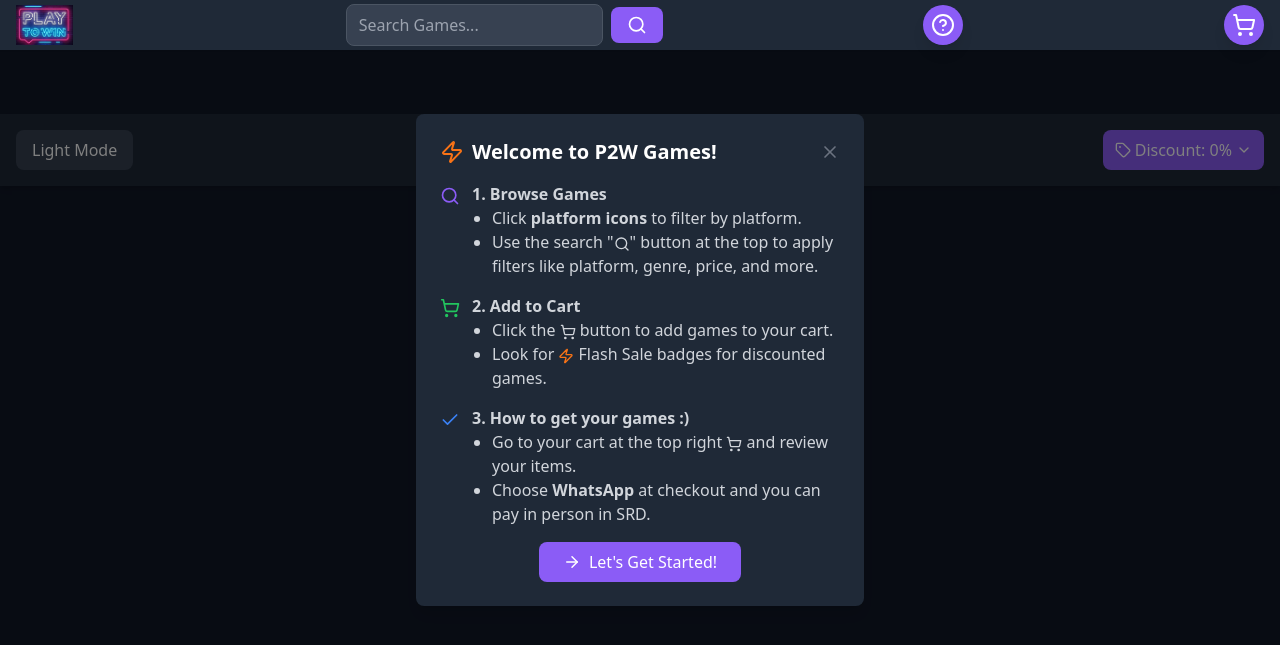
Repository: Play2Win777/P2W-Superbase
Page: /
The author's editor kept a copy of each file at every save. The page is drawn from the files as they stood at one save, then again after the next save.
The browser window is 1280 px wide. The pictures show the whole page.
The page's requests for data from a server got no answer. The project was rebuilt for these pictures with package versions that can differ from the ones it lists, and the page was loaded fresh each time. No one was signed in, and anything a server would have sent is missing. Also part of the build but not shown: vite.config.ts, src/components/Filters.tsx, src/components/GameCard.tsx, src/components/FlashSaleBadge.tsx, src/pages/GameDetails.tsx, src/pages/Checkout.tsx, src/pages/FlashSalePage.tsx, src/components/Toast.tsx.

Above is the page before, as saved 2025-03-18 06:04:58.

### index.html
<!doctype html>
<html lang="en">
  <head>
    <meta charset="UTF-8" />
    <link rel="icon" type="image/svg+xml" href="/vite.svg" />
    <meta name="viewport" content="width=device-width, initial-scale=1.0" />
    <title>P2W Games</title>
  </head>
  <body>
    <div id="root"></div>
    <script type="module" src="/src/main.tsx"></script>
  </body>
</html>

### src/main.tsx
import { StrictMode } from 'react';
import { createRoot } from 'react-dom/client';
import App from './App.tsx';
import './index.css';

// Add Storylane script dynamically
//const script = document.createElement('script');
//script.src = 'https://js.storylane.io/js/v2/storylane.js';
//script.async = true;
//document.head.appendChild(script);

createRoot(document.getElementById('root')!).render(
  <StrictMode>
    <App />
  </StrictMode>
);

### src/App.tsx
// App.tsx (Updated Tooltip Positioning)
import React, { useEffect, useState } from 'react';
import { BrowserRouter as Router, Routes, Route, useNavigate, useLocation } from 'react-router-dom';
import { Search, Zap, X, ShoppingCart, Filter, ArrowRight, Check, HelpCircle } from 'lucide-react'; // Added HelpCircle icon
import { fetchGames } from './api';
import { useStore } from './store';
import { Filters } from './components/Filters';
import { GameCard } from './components/GameCard';
import { Cart } from './components/Cart';
import { GameDetails } from './pages/GameDetails';
import { Checkout } from './pages/Checkout';
import { FlashSalePage } from './pages/FlashSalePage';
import { DiscountPopup } from './components/DiscountPopup';
import { ThemeContext } from './context/ThemeContext';
import { Toast } from './components/Toast';

// IntroModal Component
const IntroModal = ({ isOpen, onClose }) => {
  if (!isOpen) return null;

  return (
    <div className="fixed inset-0 bg-black/50 flex items-center justify-center p-4 z-50">
      <div className="bg-white dark:bg-gray-800 p-6 rounded-lg max-w-md shadow-lg">
        {/* Modal Header */}
        <div className="flex justify-between items-center mb-4">
          <h2 className="text-xl font-bold dark:text-white flex items-center gap-2">
            <Zap size={24} className="text-orange-500" />
            Welcome to P2W Games!
          </h2>
          <button
            onClick={onClose}
            className="text-gray-500 hover:text-gray-700 dark:hover:text-gray-300"
          >
            <X size={20} />
          </button>
        </div>

        {/* Modal Body */}
        <div className="text-gray-700 dark:text-gray-300 space-y-4">
          {/* Step 1: Browse Games */}
          <div className="flex items-start gap-3">
            <Search size={20} className="flex-shrink-0 mt-1 text-purple-500" />
            <div>
              <p className="font-semibold">1. Browse Games</p>
              <ul className="list-disc pl-5">
                <li>Click <strong>platform icons</strong> to filter by platform.</li>
                <li>Use the search "<Search size={16} className="inline" />" button at the top to apply filters like platform, genre, price, and more.</li>
              </ul>
            </div>
          </div>

          {/* Step 2: Add to Cart */}
          <div className="flex items-start gap-3">
            <ShoppingCart size={20} className="flex-shrink-0 mt-1 text-green-500" />
            <div>
              <p className="font-semibold">2. Add to Cart</p>
              <ul className="list-disc pl-5">
                <li>Click the <ShoppingCart size={16} className="inline" /> button to add games to your cart.</li>
                <li>Look for <Zap size={16} className="inline text-orange-500" /> Flash Sale badges for discounted games.</li>
              </ul>
            </div>
          </div>

          {/* Step 3: Checkout */}
          <div className="flex items-start gap-3">
            <Check size={20} className="flex-shrink-0 mt-1 text-blue-500" />
            <div>
              <p className="font-semibold">3. How to get your games :)</p>
              <ul className="list-disc pl-5">
                <li>Go to your cart at the top right <ShoppingCart size={16} className="inline" /> and review your items.</li>
                <li>Choose <strong>WhatsApp</strong> at checkout and you can pay in person in SRD.</li>
              </ul>
            </div>
          </div>

          {/* Call to Action */}
          <div className="mt-4 flex justify-center">
            <button
              onClick={onClose}
              className="bg-purple-500 text-white px-6 py-2 rounded-lg hover:bg-purple-600 transition-colors flex items-center gap-2"
            >
              <ArrowRight size={18} />
              Let's Get Started!
            </button>
          </div>
        </div>
      </div>
    </div>
  );
};

// SEARCH BAR COMPONENT
const SearchBar = () => {
  const {
    games,
    searchGames,
    setFilteredGames,
    setCurrentPage
  } = useStore();
  const [searchTerm, setSearchTerm] = useState('');
  const navigate = useNavigate();
  const location = useLocation();

  const handleSearch = (e) => {
    const term = e.target.value;
    setSearchTerm(term);

    if (searchGames) {
      searchGames(term);
    } else {
      if (!term.trim()) {
        setFilteredGames(games);
      } else {
        const results = games.filter(game =>
          game.Game_Title.toLowerCase().includes(term.toLowerCase())
        );
        setFilteredGames(results);
      }
    }

    // Reset to first page when searching
    setCurrentPage(1);

    // If user is not on the home page and they've typed at least 2 characters, navigate to home
    if (location.pathname !== '/' && term.length >= 2) {
      navigate('/');
    }
  };

  return (
    <input
      type="text"
      placeholder="Search Games..."
      value={searchTerm}
      onChange={handleSearch}
      className="w-full px-3 py-2 border rounded-lg text-gray-900 dark:bg-gray-700 dark:text-white dark:border-gray-600"
    />
  );
};

// FOOTER COMPONENT
const Footer = ({ toggleDarkMode, darkMode }) => {
  return (
    <footer className="bg-white dark:bg-gray-800 shadow-md mt-8 py-4 overflow-visible">
      <div className="container mx-auto px-4 flex items-center justify-between">
        {/* Dark Mode Toggle on the left */}
        <button
          onClick={toggleDarkMode}
          className="bg-gray-200 dark:bg-gray-700 text-gray-900 dark:text-white px-4 py-2 rounded-lg whitespace-nowrap"
        >
          {darkMode ? (
            <span>Light Mode</span>
          ) : (
            <span>Dark Mode</span>
          )}
        </button>

        {/* Add DiscountPopup button to the footer */}
        <div className="ml-4">
          <DiscountPopup />
        </div>
      </div>
    </footer>
  );
};

function App() {
  const {
    games,
    filteredGames,
    currentPage,
    setGames,
    setFilteredGames,
    setCurrentPage,
    showFilters,
    setShowFilters,
    filters,
    toastMessage,
    toastDiscountInfo,
  } = useStore();

  const [darkMode, setDarkMode] = useState(true);
  const [isScrolling, setIsScrolling] = useState(false);
  const [showIntroModal, setShowIntroModal] = useState(false);

  // Show intro modal on first visit
  useEffect(() => {
    const hasSeenIntro = localStorage.getItem('hasSeenIntro');
    if (!hasSeenIntro) {
      setShowIntroModal(true);
      localStorage.setItem('hasSeenIntro', 'true');
    }
  }, []);

  useEffect(() => {
    const loadGames = async () => {
      const fetchedGames = await fetchGames();
      const randomizedGames = [...fetchedGames].sort(() => Math.random() - 0.5);
      setGames(randomizedGames);
      setFilteredGames(randomizedGames);
    };

    loadGames();
  }, [setGames, setFilteredGames]);

  useEffect(() => {
    if (darkMode) {
      document.documentElement.classList.add('dark');
    } else {
      document.documentElement.classList.remove('dark');
    }
  }, [darkMode]);

  const toggleDarkMode = () => {
    setDarkMode((prev) => !prev);
  };

  const toggleFilters = () => {
    setShowFilters(!showFilters);
    if (!showFilters) {
      setIsScrolling(false);
      window.scrollTo({ top: 0, behavior: 'smooth' });
      setTimeout(() => {
        setIsScrolling(true);
      }, 1000);
    }
  };

  const gamesPerPage = 12;
  const paginatedGames = filteredGames.slice(0, currentPage * gamesPerPage);
  const hasMore = paginatedGames.length < filteredGames.length;

  const themeValue = {
    darkMode,
    toggleDarkMode: () => setDarkMode(prev => !prev)
  };

  return (
    <ThemeContext.Provider value={themeValue}>
      <Router>
        <div className={`min-h-screen ${darkMode ? 'bg-gray-900' : 'bg-gray-50'}`}>
          {/* Intro Modal */}
          <IntroModal
            isOpen={showIntroModal}
            onClose={() => setShowIntroModal(false)}
          />

          {/* Toast */}
          {toastMessage && (
            <Toast
              message={toastMessage}
              discountInfo={toastDiscountInfo || undefined}
            />
          )}

          <header className="bg-white dark:bg-gray-800 shadow-sm sticky top-0 z-50">
            <div className="container mx-auto px-4 py-1">
              <div className="flex justify-between items-center">
                <div className="flex items-center gap-2">
                  <h1
                    onClick={() => window.location.href = '/'}
                    className="text-2xl font-bold text-gray-900 dark:text-white whitespace-nowrap cursor-pointer flex items-center"
                  >
                    <img src="/assets/icons/p2wlogo.png" alt="Play 2 Win" className="h-10 mr-3" />
                  </h1>
                </div>

                <div className="flex items-center w-1/2 md:w-auto">
                  <div className="mr-2 flex-grow">
                    <SearchBar />
                  </div>
                  <button
                    onClick={toggleFilters}
                    className="bg-purple-500 hover:bg-purple-600 text-white font-bold py-2 px-4 rounded-lg flex items-center"
                  >
                    <Search className="h-5 w-5" />
                  </button>
                </div>

                <button
                  onClick={() => setShowIntroModal(true)}
                  className="p-2 bg-purple-500 text-white rounded-full hover:bg-purple-600 transition-colors shadow-lg relative group"
                >
                  <HelpCircle size={24} />
                  <div className="absolute top-full left-1/2 transform -translate-x-1/2 mt-2 px-2 py-1 bg-gray-800 text-white text-sm rounded opacity-0 group-hover:opacity-100 transition-opacity whitespace-nowrap z-50">
                    How it works
                  </div>
                </button>

                <Cart className="hidden md:block" />
              </div>
            </div>
          </header>

          <Routes>
            <Route
              path="/"
              element={
                <main className="container mx-auto px-4 py-4">
                  {showFilters && (
                    <div className="mb-6">
                      <Filters />
                    </div>
                  )}

                  <div className="grid grid-cols-1 sm:grid-cols-2 lg:grid-cols-2 xl:grid-cols-3 gap-6 mt-0">
                    {paginatedGames.map((game) => (
                      <GameCard key={game.id} game={game} />
                    ))}
                  </div>
                  {hasMore && (
                    <div className="mt-8 text-center">
                      <button
                        onClick={() => setCurrentPage(currentPage + 1)}
                        className="bg-purple-500 text-white px-6 py-2 rounded-lg hover:bg-purple-600 transition-colors"
                      >
                        Load More Games
                      </button>
                    </div>
                  )}
                </main>
              }
            />
            <Route path="/game/:id" element={<GameDetails />} />
            <Route path="/checkout" element={<Checkout />} />
            <Route path="/flash-sale" element={<FlashSalePage />} />
          </Routes>

          <Footer toggleDarkMode={themeValue.toggleDarkMode} darkMode={darkMode} />
        </div>
      </Router>
    </ThemeContext.Provider>
  );
}

export default App;

### src/index.css
@tailwind base;
@tailwind components;
@tailwind utilities;


@layer components {
 /* Base neon border effect with a rotating conic-gradient */
 .neon-border {
 position: relative;
 border-radius: 0.5rem; /* adjust to match your element's rounding */
 overflow: hidden; /* hide overflowing pseudo-element */
 z-index: 0;
 }

 .neon-border::before {
 content: "";
 position: absolute;
 inset: 0; /* cover the entire element */
 border-radius: inherit;
 padding: 2px; /* controls the border thickness */
 /* Conic-gradient creates a neon green effect with transparent gaps */
 background: conic-gradient(from 0deg, #39FF14, transparent 20%, transparent 80%, #39FF14);
 /* Mask to show the gradient only on the border (uses the padding area) */
 -webkit-mask: linear-gradient(white, white) content-box, linear-gradient(white, white);
 -webkit-mask-composite: destination-out;
 mask-composite: exclude;
 pointer-events: none;
 z-index: -1;
 transform-origin: center;
 animation: spin 6s linear infinite;
 }

 /* Additional neon effects – add these classes together with .neon-border as needed */

 /* Neon Pulse: gently scales and fades the element */
 .neon-pulse {
 position: relative;
 animation: pulse 2s ease-in-out infinite;
 }

 /* Neon Flicker: simulates a quick flicker */
 .neon-flicker {
 position: relative;
 animation: flicker 1.5s linear infinite;
 }

 /* Neon Wiggle: adds a slight rotational movement */
 .neon-wiggle {
 position: relative;
 animation: wiggle 0.6s ease-in-out infinite;
 }

 /* Neon Dash: animates background movement (can be combined with a background property) */
 .neon-dash {
 position: relative;
 /* For this effect, you might want to set a background that works with the animation */
 background: repeating-linear-gradient(
 45deg,
 #39FF14,
 #39FF14 10px,
 transparent 10px,
 transparent 20px
 );
 animation: dash 4s linear infinite;
 }


 /* Icon Container Style */
 .gamecard-icon-container {
 width: 5em; /* Adjust as needed */
 height: 2em; /* Adjust as needed */
 display: flex;
 align-items: center;
 justify-content: center;
 }
}


/* Keyframes Definitions */


/* Spin keyframe for the neon-border effect */
@keyframes spin {
 from {
 transform: rotate(0deg);
 }
 to {
 transform: rotate(360deg);
 }
}


/* Pulse keyframe: subtle scale and opacity changes */
@keyframes pulse {
 0%,
 20% {
 transform: scale(1);
 opacity: 1;
 }
 50% {
 transform: scale(1.1);
 opacity: 0.8;
 }
 100% {
 transform: scale(1);
 opacity: 1;
 }
}


/* Flicker keyframe: creates random opacity changes for a flickering effect */
@keyframes flicker {
 0%,
 100% {
 opacity: 1;
 }
 30% {
 opacity: 0.5;
 }
 50% {
 opacity: 0.8;
 }
 70% {
 opacity: 0.3;
 }
}


/* Wiggle keyframe: rotates the element slightly back and forth */
@keyframes wiggle {
 0% {
 transform: rotate(0deg);
 }
 25% {
 transform: rotate(5deg);
 }
 75% {
 transform: rotate(-5deg);
 }
 100% {
 transform: rotate(0deg);
 }
}


/* Dash keyframe: moves the background for a dynamic dashed look */
@keyframes dash {
 0% {
 background-position: 0 0;
 }
 100% {
 background-position: 100% 0;
 }
}

### src/api.ts
import { createClient } from '@supabase/supabase-js';
import { Game } from './types';

const supabase = createClient(
  import.meta.env.VITE_SUPABASE_URL,
  import.meta.env.VITE_SUPABASE_KEY
);

export const fetchGames = async (): Promise<Game[]> => {
  const { data, error } = await supabase
    .from('Games')
    .select(`
      id,
      Game_Title,
      Platform,
      Genre,
      Sub_Genre,
      Age_Rating,
      Max_Offline_Players,
      Game_Modes,
      Developer,
      Release_Year,
      Price_to_Sell_For,
      Metacritic_Score,
      User_Score,
      Short_Description,
      Key_Features,
      Unique_Selling_Point,
      image_url_medium,
      Youtube_link
    `);

  if (error) {
    console.error('Supabase error:', error);
    return [];
  }

  return data as Game[];
};

### src/components/DiscountPopup.tsx
import React, { useState, useRef, useEffect } from 'react';
import { Tag, ChevronDown } from 'lucide-react';
import { useStore } from '../store';

export const DiscountPopup: React.FC = () => {
  const { cart } = useStore();
  const [isOpen, setIsOpen] = useState(false);
  const popupRef = useRef<HTMLDivElement>(null);

  // Count total items including quantities
  const itemCount = cart.reduce((total, item) => total + item.quantity, 0);
  let discountTier = "0%";
  let nextTier = "";
  let progress = 0;

  if (itemCount >= 5) {
    discountTier = "20%";
    progress = 100;
    nextTier = "Maximum discount achieved!";
  } else if (itemCount >= 3) {
    discountTier = "10%";
    nextTier = "Buy 2 more for 20% off!";
    progress = 60;
  } else if (itemCount >= 2) {
    discountTier = "5%";
    nextTier = "Buy 1 more for 10% off!";
    progress = 40;
  } else if (itemCount >= 1) {
    discountTier = "0%";
    nextTier = "Buy 1 more for 5% off!";
    progress = 20;
  } else {
    nextTier = "Buy your first game!";
  }

  // Close the popup when clicking outside
  useEffect(() => {
    const handleClickOutside = (event: MouseEvent) => {
      if (popupRef.current && !popupRef.current.contains(event.target as Node)) {
        setIsOpen(false);
      }
    };

    document.addEventListener('mousedown', handleClickOutside);
    return () => {
      document.removeEventListener('mousedown', handleClickOutside);
    };
  }, []);

  return (
    <div className="relative" ref={popupRef}>
      <button
        onClick={() => setIsOpen(!isOpen)}
        className="inline-flex items-center text-white bg-purple-500 hover:bg-purple-600 px-3 py-2 rounded-lg transition-colors"
      >
        <Tag size={16} className="mr-1" />
        <span className="mr-1">Discount: {discountTier}</span>
        <ChevronDown size={16} className={`transition-transform ${isOpen ? 'rotate-180' : ''}`} />
      </button>

      {isOpen && (
        <div className="absolute bottom-full right-0 mb-2 z-50 bg-white dark:bg-gray-800 rounded-lg shadow-lg p-4 w-64">
          <h3 className="text-lg font-bold text-gray-900 dark:text-white mb-2">Volume Discount</h3>
          <div className="w-full bg-gray-200 dark:bg-gray-700 rounded-full h-2.5 mb-2">
            <div className="bg-purple-500 h-2.5 rounded-full" style={{ width: `${progress}%` }}></div>
          </div>
          <p className="text-sm text-gray-700 dark:text-gray-300">{nextTier}</p>
          <div className="mt-3 text-xs text-gray-600 dark:text-gray-400">
            <p>• 2 games: 5% off</p>
            <p>• 3 games: 10% off</p>
            <p>• 5+ games: 20% off</p>
          </div>
        </div>
      )}
    </div>
  );
};

### src/context/ThemeContext.tsx

 // src/context/ThemeContext.tsx
 import { createContext, useContext } from 'react';


 type ThemeContextType = {
  darkMode: boolean;
  toggleDarkMode: () => void;
 };


 export const ThemeContext = createContext<ThemeContextType>({
  darkMode: false,
  toggleDarkMode: () => {},
 });


 export const useTheme = () => useContext(ThemeContext);

### src/utils/gameHelpers.ts
// utils/gameHelpers.ts
export const isFlashSaleEligible = (game: any): boolean => {
  if (!game) return false;

  // Games with Metacritic score > 85 are eligible for flash sale
  // You can customize this logic based on your requirements
  return game.Metacritic_Score && parseInt(game.Metacritic_Score) < 70;
};

Loaded but not shown: tailwind.config.js (25 lines, source omitted); src/components/Cart.tsx (247 lines, source omitted); src/store.ts (234 lines, source omitted)

After the next save:
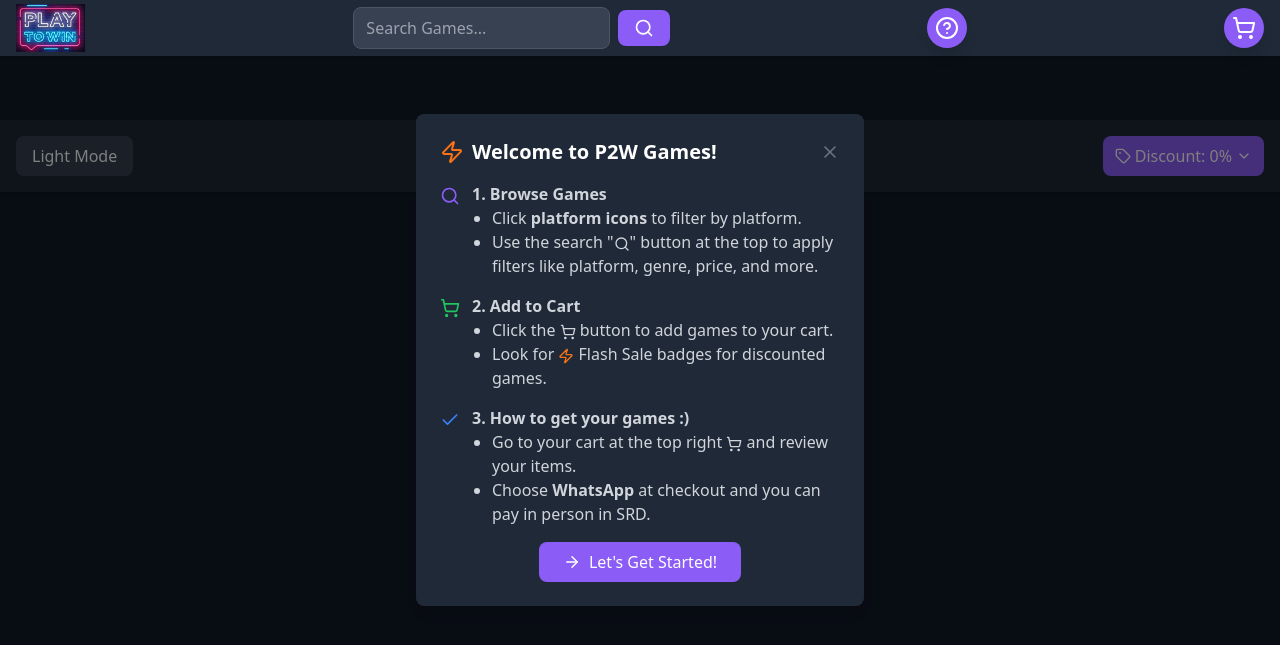
Saved 13 s later.
--- a/src/App.tsx
+++ b/src/App.tsx
@@ -261,7 +261,7 @@ function App() {
                     onClick={() => window.location.href = '/'}
                     className="text-2xl font-bold text-gray-900 dark:text-white whitespace-nowrap cursor-pointer flex items-center"
                   >
-                    <img src="/assets/icons/p2wlogo.png" alt="Play 2 Win" className="h-10 mr-3" />
+                    <img src="/assets/icons/p2wlogo.png" alt="Play 2 Win" className="h-12 mr-3" />
                   </h1>
                 </div>
 
